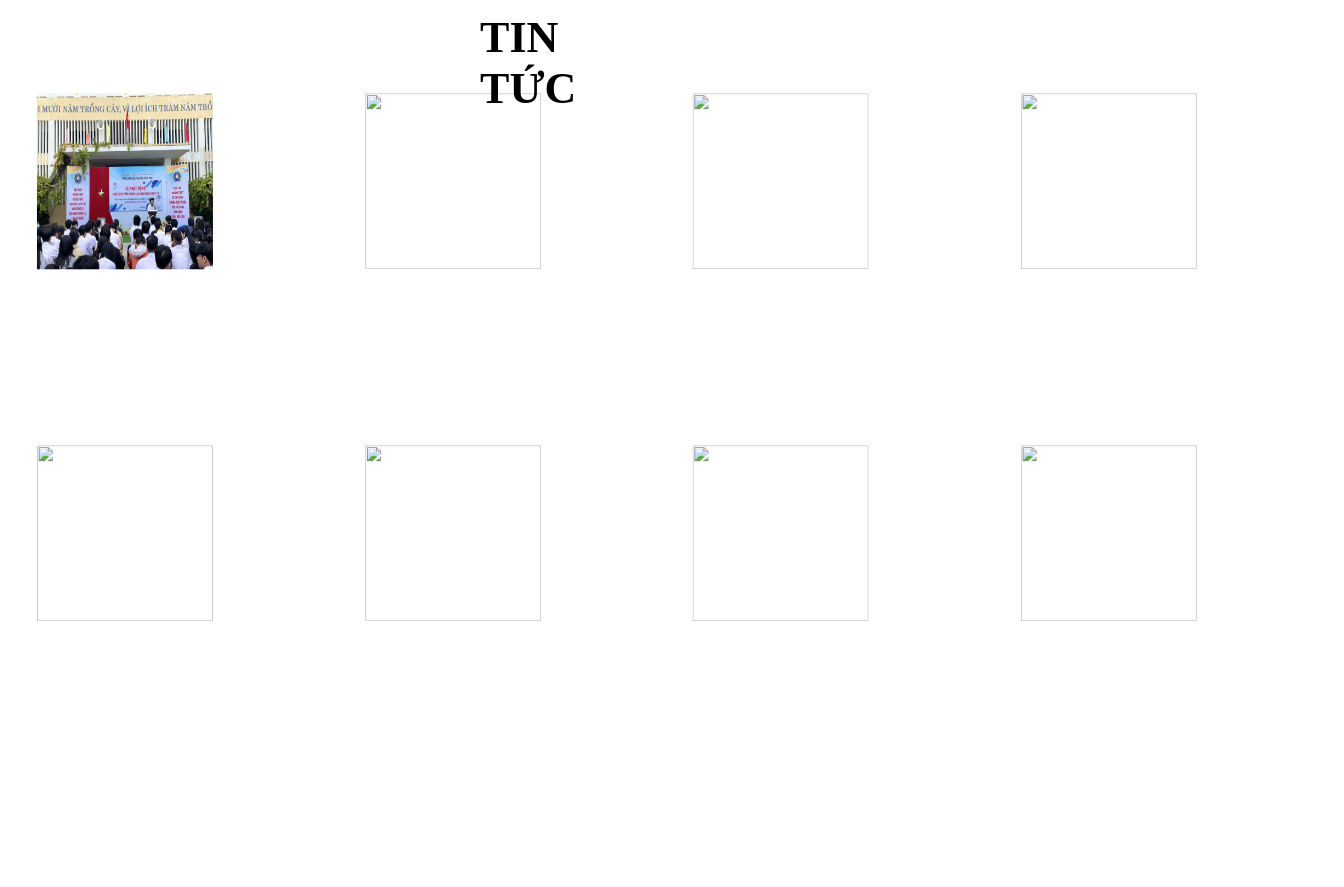
Repository: dphasst17/THPTVCC
Page: new/new_content/new_content_home.html
The author's editor kept a copy of each file at every save. The page is drawn from the files as they stood at one save, then again after the next save.
The browser window is 1280 px wide. The page is 1527 px wide, so the pictures cover 1527 px, including what lies to the right of the window. The pictures show the whole page, at 88% of full size.

Above is the page before, as saved 2022-10-13 09:40:50.

After the next save:
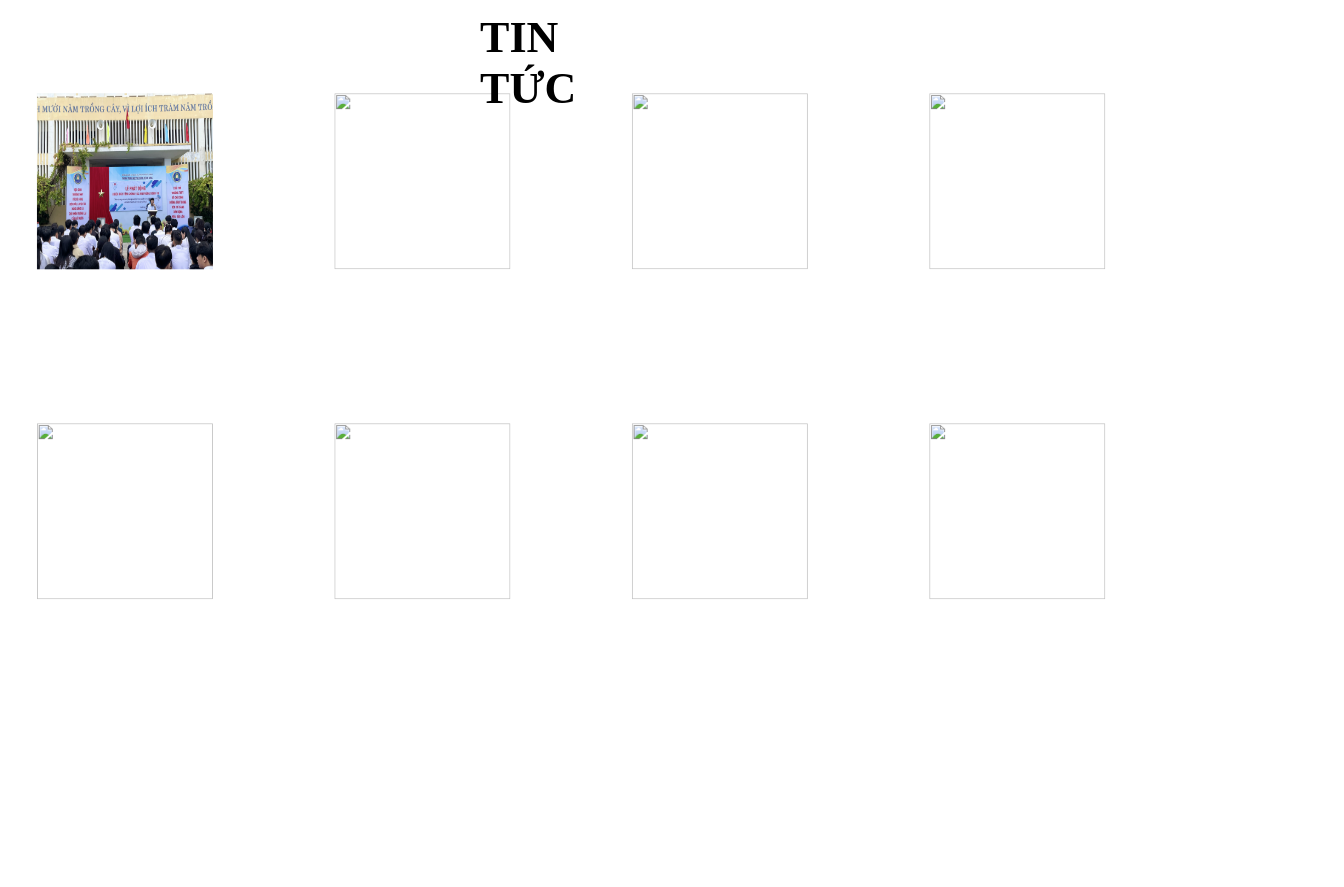
Saved 85 s later.
--- a/new/new_content/new_content_home.html
+++ b/new/new_content/new_content_home.html
@@ -29,7 +29,8 @@
             width:300px;
             height:350px;
             display:inline-flex;
-            margin:25px 34.3px;
+            margin-top:25px;
+            margin-left:34px;
             flex-wrap: wrap;
             align-content: center;
         }
